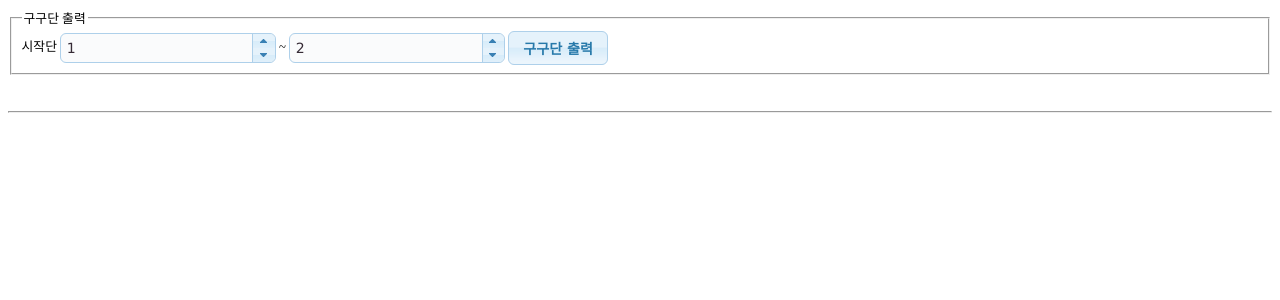
Repository: popconnect/jQuery
Page: http://localhost/jQueryUiEx02/SpinnerEx01.jsp
The author's editor kept a copy of each file at every save. The page is drawn from the files as they stood at one save, then again after the next save.
The browser window is 1280 px wide. The pictures show the whole page.
The page is served by Tomcat 9.

Above is the page before, as saved 2023-05-17 03:32:01.

After the next save:
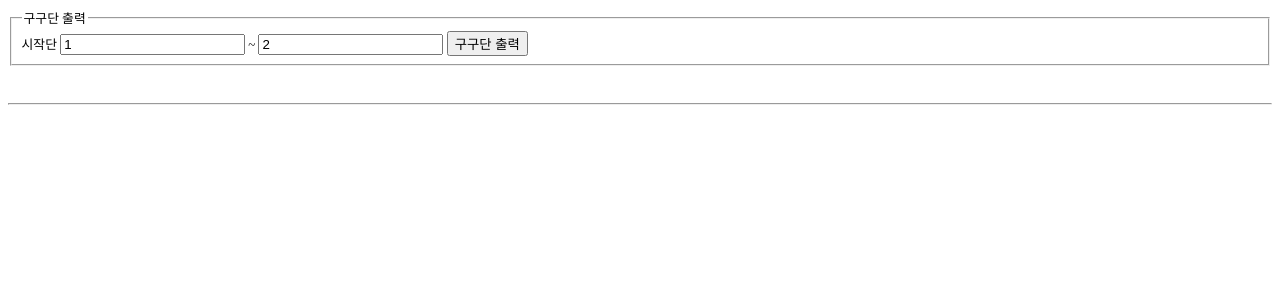
Console error: SyntaxError: Unexpected token '}'
Saved 105 s later.
--- a/jQueryUiEx02/src/main/webapp/SpinnerEx01.jsp
+++ b/jQueryUiEx02/src/main/webapp/SpinnerEx01.jsp
@@ -39,6 +39,13 @@
 			let startdan = $('#start').spinner('value');
 			let enddan = $('#end').spinner('value');
 			let html = "<table border='1'>"
+			for(let i=startdan; i<=enddan; i++) {
+				html += "<tr>"
+				for(let j=i; j<=9; j++) {
+					html += "<td>" + i + " X " + j + "=" +
+				}
+			}
+
 
 		})
 	});

After the save that followed:
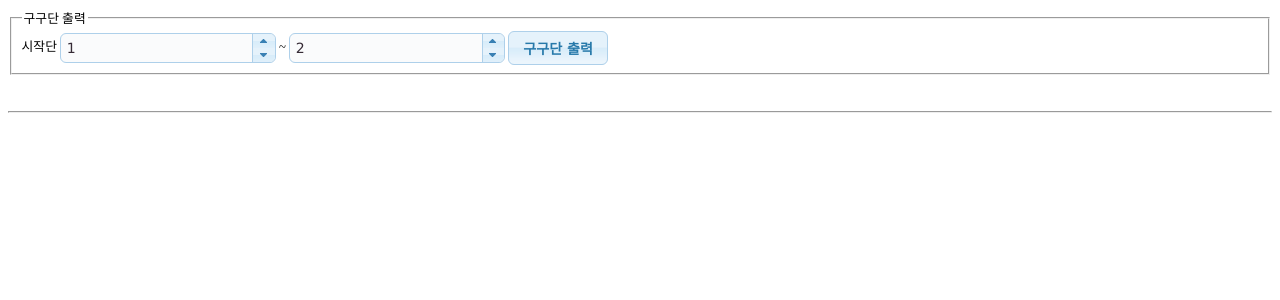
The error is gone.
Saved 7 s later.
--- a/jQueryUiEx02/src/main/webapp/SpinnerEx01.jsp
+++ b/jQueryUiEx02/src/main/webapp/SpinnerEx01.jsp
@@ -42,7 +42,7 @@
 			for(let i=startdan; i<=enddan; i++) {
 				html += "<tr>"
 				for(let j=i; j<=9; j++) {
-					html += "<td>" + i + " X " + j + "=" +
+					html += "<td>" + i + " X " + j + " = " + i*j
 				}
 			}
 
